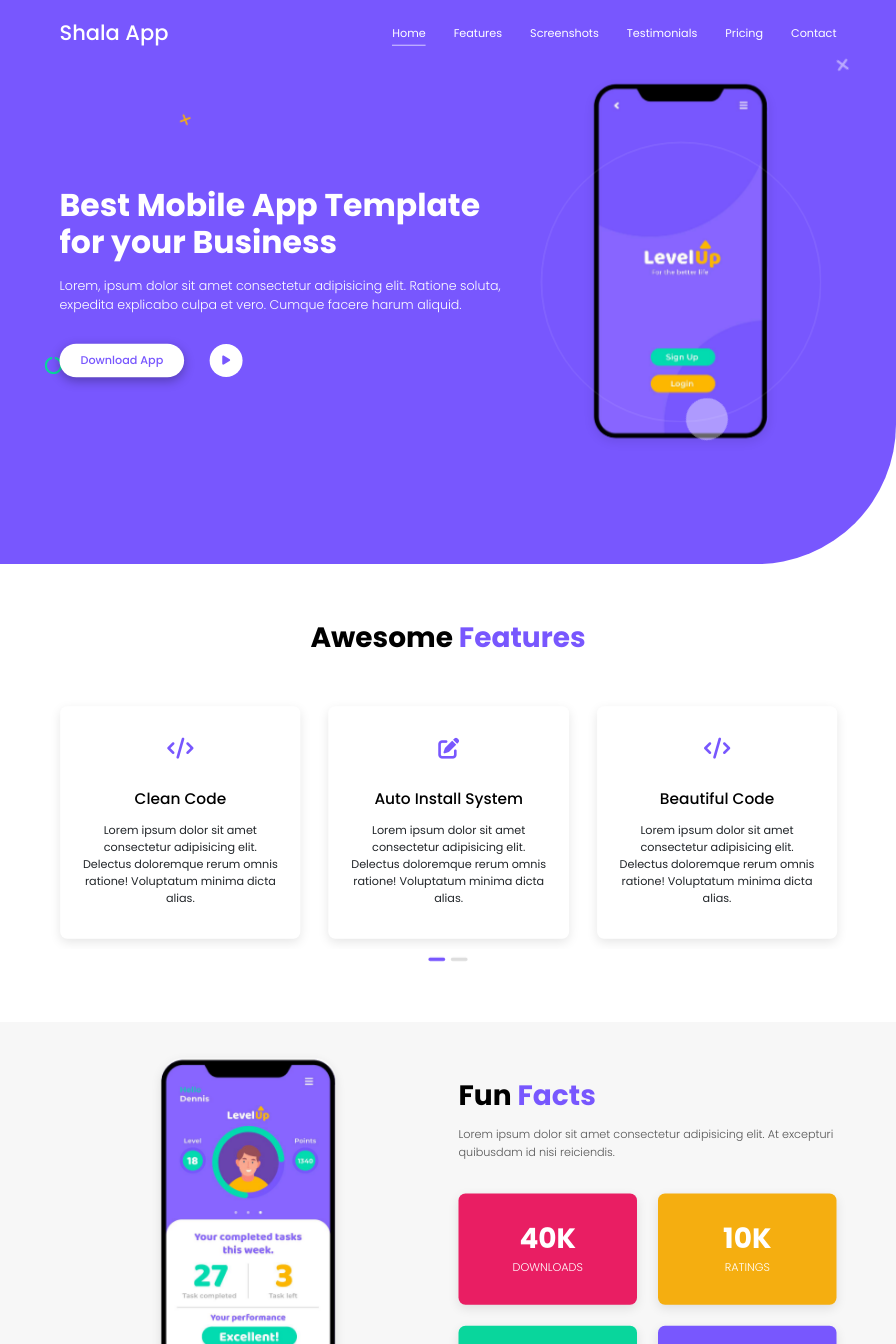
Repository: Mohamed-Hema/Shala-App
Page: index.html
An editor plug-in stored every save of this project. The page is shown before and after the next save, followed by the edit.
The browser window is 1280 px wide. The pictures show the part of the page from y = 0 to 1920 px (the page is 2401 px tall before and 7089 px after), at 70% of full size.
Some web libraries are served in a nearby version.

Above is the page before, as saved 2021-02-19 17:16:57.

After the next save:
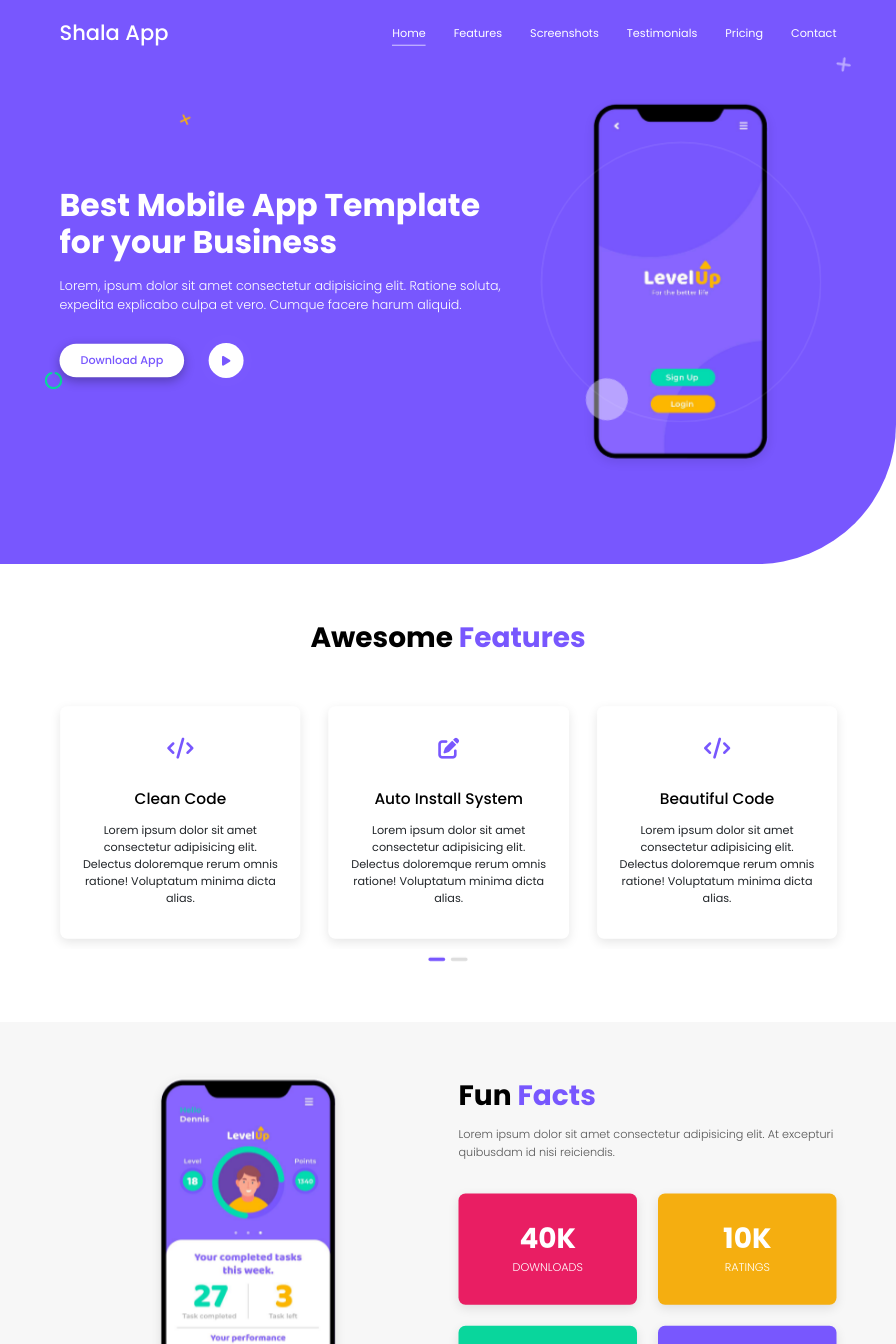
Saved 87 s later.
--- a/index.html
+++ b/index.html
@@ -197,6 +197,20 @@
           </div>
         </div>
       </div>
+      <div class="row">
+        <div class="screensots-carousel">
+          <div class="screenshots-item">
+            <img src="img/app-screenshots/1.png" alt="Screenshot">
+          </div>
+          <div class="screenshots-item">
+            <img src="img/app-screenshots/2.png" alt="Screenshot">
+          </div>
+          <div class="screenshots-item">
+            <img src="img/app-screenshots/3.png" alt="Screenshot">
+          </div>
+
+        </div>
+      </div>
     </div>
   </section>
 
